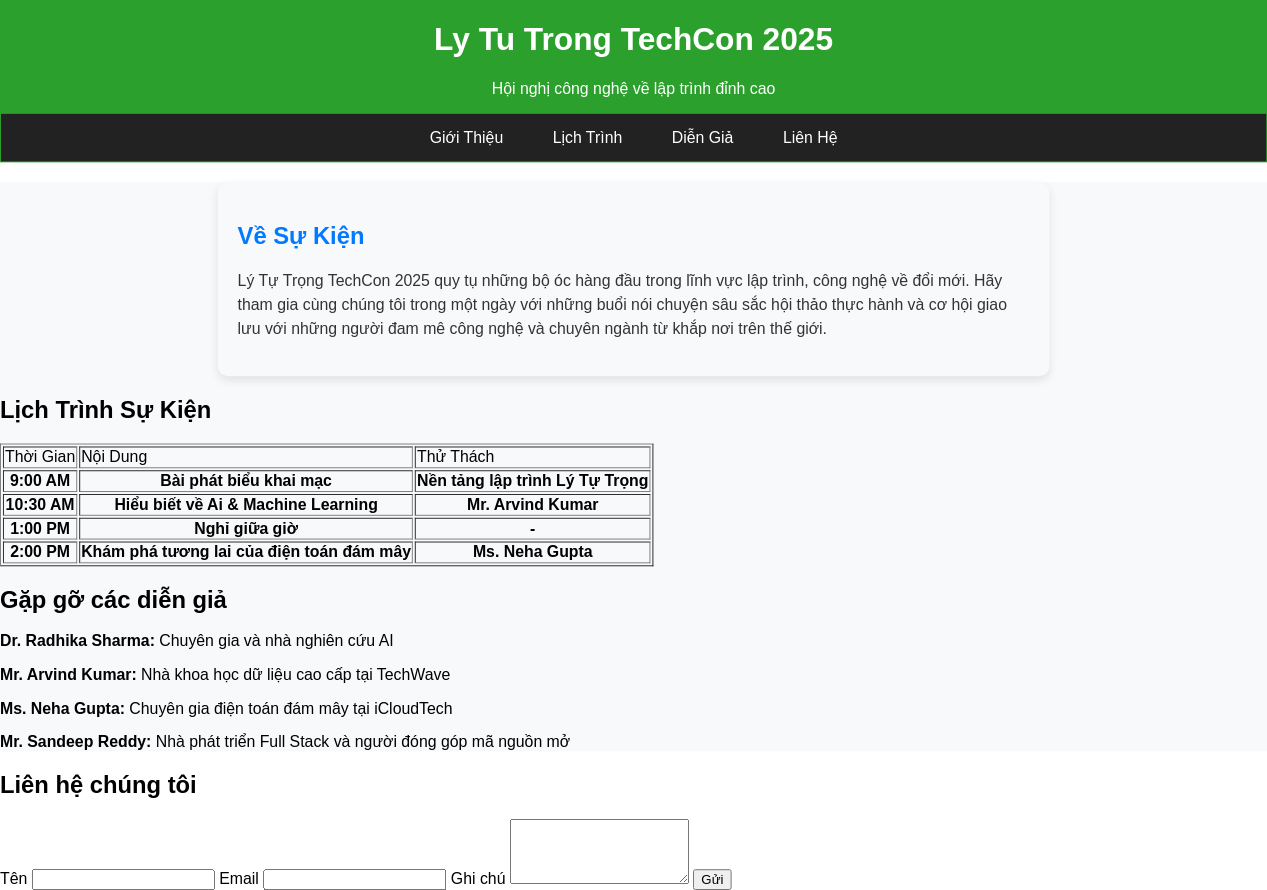
Repository: NhatMinh121/BaiTapVeNha1
Page: index.html
An editor plug-in stored every save of this project. The page is shown before and after the next save, followed by the edit.
The browser window is 1280 px wide. The pictures show the whole page, at 99% of full size.

Above is the page before, as saved 2025-03-28 23:03:00.

### index.html
<!DOCTYPE html>
<html lang="en">

<head>
    <meta charset="UTF-8">
    <meta name="viewport" content="width=device-width, initial-scale=1.0">
    <title>Lý Tự Trọng TechCon 2025</title>
    <link rel="stylesheet" href="style.css">
</head>

<body>
    <header>
        <h1>Ly Tu Trong TechCon 2025</h1>
        <p>Hội nghị công nghệ về lập trình đỉnh cao</p>
        <div class="menu">
            <nav>
                <ul>
                    <li>Giới Thiệu</li>
                    <li>Lịch Trình</li>
                    <li>Diễn Giả</li>
                    <li>Liên Hệ</li>
                </ul>
            </nav>
        </div>

    </header>
    <main>
        <div class="main-event">
            <h2>Về Sự Kiện</h2>
            <p>Lý Tự Trọng TechCon 2025 quy tụ những bộ óc hàng đầu trong lĩnh vực lập trình, công nghệ về đổi mới. Hãy tham gia cùng chúng tôi trong một ngày với những buổi nói chuyện sâu sắc hội thảo thực hành và cơ hội giao lưu với những người đam mê
                công nghệ và chuyên ngành từ khắp nơi trên thế giới.</p>
        </div>
        <div class="main-schedule">
            <h2>Lịch Trình Sự Kiện</h2>
            <table border="1">
                <tr>
                    <td>Thời Gian</td>
                    <td>Nội Dung</td>
                    <td>Thử Thách</td>
                </tr>
                <tr>
                    <th>9:00 AM</th>
                    <th>Bài phát biểu khai mạc</th>
                    <th>Nền tảng lập trình Lý Tự Trọng</th>
                </tr>
                <tr>
                    <th>10:30 AM</th>
                    <th>Hiểu biết về Ai & Machine Learning</th>
                    <th>Mr. Arvind Kumar</th>
                </tr>
                <tr>
                    <th>1:00 PM</th>
                    <th>Nghỉ giữa giờ</th>
                    <th>-</th>
                </tr>
                <tr>
                    <th>2:00 PM</th>
                    <th>Khám phá tương lai của điện toán đám mây</th>
                    <th>Ms. Neha Gupta</th>
                </tr>
            </table>
        </div>
        <div class="Meeting">
            <h2>Gặp gỡ các diễn giả</h2>
            <p><strong>Dr. Radhika Sharma:</strong> Chuyên gia và nhà nghiên cứu AI</p>
            <p><strong>Mr. Arvind Kumar:</strong> Nhà khoa học dữ liệu cao cấp tại TechWave</p>
            <p><strong>Ms. Neha Gupta:</strong> Chuyên gia điện toán đám mây tại iCloudTech</p>
            <p><strong>Mr. Sandeep Reddy:</strong> Nhà phát triển Full Stack và người đóng góp mã nguồn mở</p>
        </div>
    </main>

    <footer>
        <div class="footer-contract">
            <h2>Liên hệ chúng tôi</h2>
            <form action="#" method="post">
                <label for="name">Tên</label>
                <input type="text" id="name" name="name" required>
                <label for="email">Email</label>
                <input type="email" id="email" name="email" required>
                <label for="message">Ghi chú</label>
                <textarea id="message" name="message" rows="4" required></textarea>
                <button type="submit" value="Gửi">Gửi</button>
            </form>
        </div>

    </footer>

</body>

### style.css
body {
    margin: 0;
    padding: 0;
    box-sizing: border-box;
    font-family: Arial, sans-serif;
}

header {
    background-color: #2ca02c;
    color: white;
    padding: 1px;
    text-align: center;
}

.menu {
    background-color: #222;
    padding: 10px 5px;
}

.menu ul {
    list-style: none;
    padding: 0;
    margin: 0;
    display: flex;
    justify-content: center;
    gap: 20px;
}

.menu ul li {
    color: white;
    text-decoration: none;
    font-size: 16px;
    cursor: pointer;
    padding: 5px 15px;
    transition: background 0.3s;
}

.menu ul li:hover {
    background-color: #444;
    border-radius: 5px;
}

main {
    background-color: #f8f9fa;
}

.main-event {
    padding: 20px;
    border-radius: 10px;
    box-shadow: 0px 4px 10px rgba(0, 0, 0, 0.1);
    max-width: 800px;
    margin: 20px auto;
}

.main-event h2 {
    color: #007bff;
    font-size: 24px;
    font-weight: bold;
}

.main-event p {
    font-size: 16px;
    line-height: 1.5;
    color: #333;
}

.main-sedmain-schedule {
    padding: 20px;
    border-radius: 10px;
    box-shadow: 0px 4px 10px rgba(0, 0, 0, 0.1);
    max-width: 800px;
    margin: 20px auto;
}

After the next save:
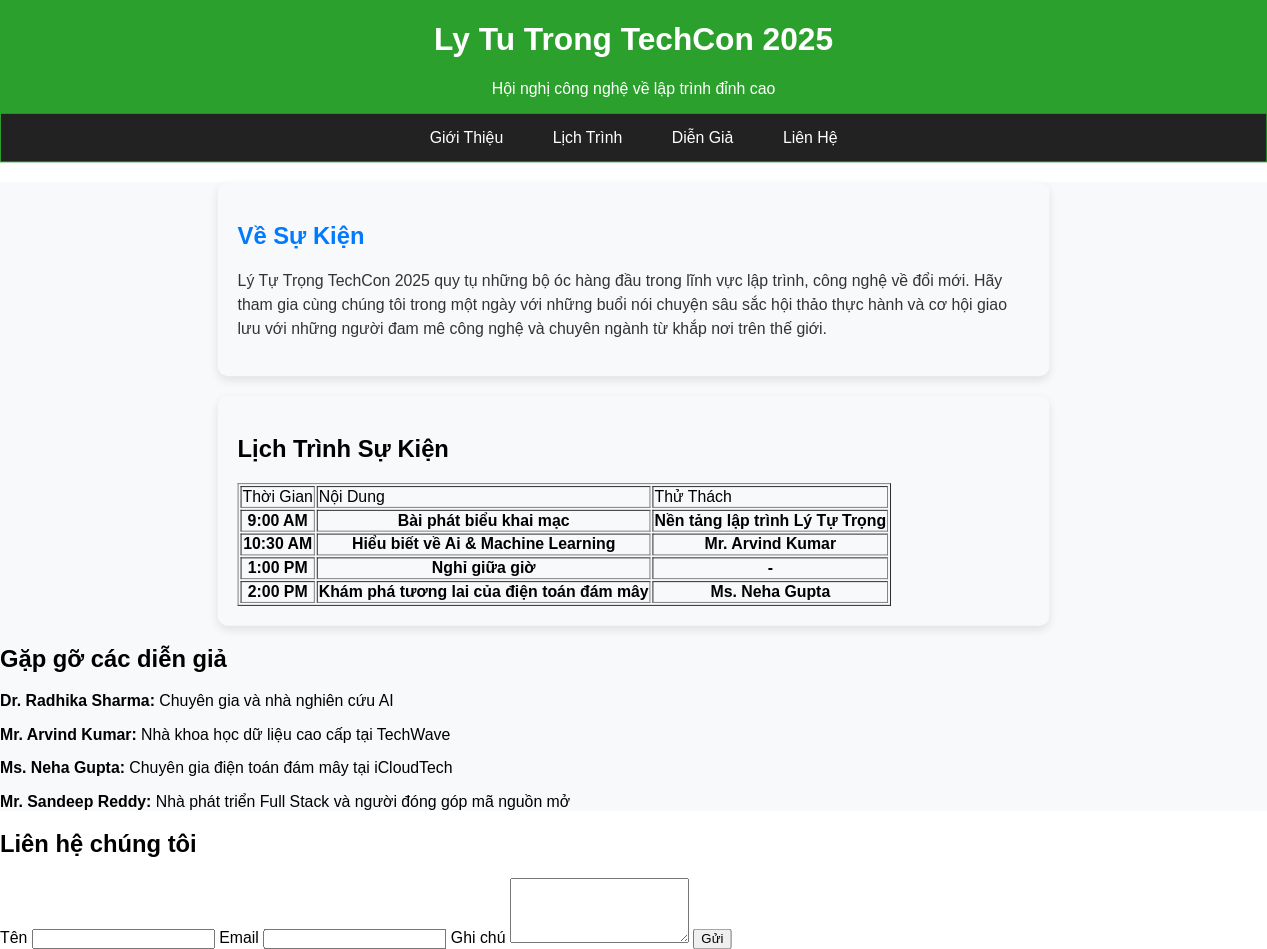
Saved 14 s later.
--- a/style.css
+++ b/style.css
@@ -64,7 +64,7 @@ main {
     color: #333;
 }
 
-.main-sedmain-schedule {
+.main-schedule {
     padding: 20px;
     border-radius: 10px;
     box-shadow: 0px 4px 10px rgba(0, 0, 0, 0.1);
